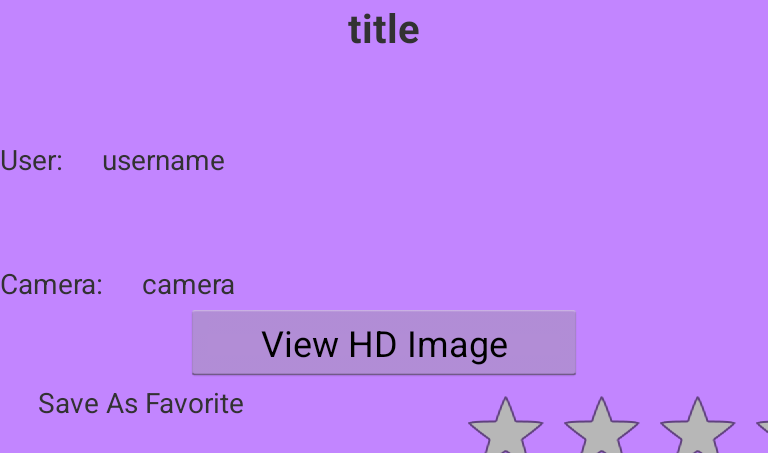
Repository: arianaantonio/Java2_Antonio
Layout: SpaceImageViewer/res/layout/details_activity.xml
The author's editor kept a copy of each file at every save. The layout is drawn from the files as they stood at one save, then again after the next save.
The pictures show rows 0 to 453 of an output 1280 px tall.
Pictures or frames that could not be fetched are drawn as grey boxes. It is drawn on a 768 x 1280 px phone screen (xhdpi) without system bars, with theme AppTheme; the app's code is not run.

Above is the layout before, as saved 2014-07-31 05:51:03.

### SpaceImageViewer/res/layout/details_activity.xml
<?xml version="1.0" encoding="utf-8"?>
<LinearLayout xmlns:android="http://schemas.android.com/apk/res/android"
    android:layout_width="match_parent"
    android:layout_height="match_parent"
    android:background="@color/Purple"
    android:orientation="vertical" >

    <TextView
        android:id="@+id/title"
        android:layout_width="fill_parent"
        android:layout_height="wrap_content"
        android:gravity="center"
        android:text="title"
        android:textSize="20sp"
        android:textStyle="bold" />

    <LinearLayout
        android:layout_width="287dp"
        android:layout_height="wrap_content"
        android:layout_marginTop="43dp"
        android:orientation="horizontal" >

        <TextView
            android:id="@+id/user"
            android:layout_width="wrap_content"
            android:layout_height="wrap_content"
            android:layout_weight="0.88"
            android:text="@string/userString" />

        <TextView
            android:id="@+id/userName"
            android:layout_width="wrap_content"
            android:layout_height="wrap_content"
            android:layout_weight="7.80"
            android:text="username" />
    </LinearLayout>

    <LinearLayout
        android:id="@+id/linearLayout2"
        android:layout_width="287dp"
        android:layout_height="wrap_content"
        android:layout_marginTop="43dp"
        android:orientation="horizontal" >

        <TextView
            android:id="@+id/camera"
            android:layout_width="wrap_content"
            android:layout_height="wrap_content"
            android:layout_weight="0.88"
            android:text="@string/cameraString" />

        <TextView
            android:id="@+id/cameraType"
            android:layout_width="wrap_content"
            android:layout_height="wrap_content"
            android:layout_weight="7.80"
            android:text="camera" />
    </LinearLayout>

    <Button
        android:id="@+id/button1"
        android:layout_width="wrap_content"
        android:layout_height="wrap_content"
        android:layout_gravity="center"
        android:layout_weight="0.00"
        android:minHeight="35dp"
        android:text="@string/HDbutton"
        android:width="200dp" />

    <LinearLayout
        android:id="@+id/linearLayout3"
        android:layout_width="match_parent"
        android:layout_height="wrap_content"
        android:layout_weight="0.00"
        android:orientation="horizontal" >

        <TextView
            android:id="@+id/textView1"
            android:layout_width="wrap_content"
            android:layout_height="wrap_content"
            android:layout_marginLeft="19dp"
            android:layout_weight="1.0"
            android:text="@string/favorite" />

        <RatingBar
            android:id="@+id/ratingBar"
            android:layout_width="wrap_content"
            android:layout_height="wrap_content"
            android:layout_weight="1.0"
            android:numStars="1"
            android:rating="0.0"
            android:stepSize="1.0" />
    </LinearLayout>

    <com.loopj.android.image.SmartImageView
        android:id="@+id/my_image"
        android:layout_width="match_parent"
        android:layout_height="match_parent"
        android:visibility="visible" />

</LinearLayout>

### SpaceImageViewer/res/values/strings.xml
<?xml version="1.0" encoding="utf-8"?>
<resources>

    <string name="app_name">Space Image Viewer</string>
    <string name="action_settings">Settings</string>
    <string name="textview_text">List of images of spiral galaxies</string>
    <string name="detail_view">Details:</string>
    <string name="Description">Image View</string>
    <color name="Purple">#C285FF</color>
    <color name="Grey">#D8D8D8</color>
    <color name="Aqua">#99FFFF</color>
    <string name="userString">User:</string>
    <string name="cameraString">Camera:</string>
    <string name="HDbutton">View HD Image</string>
    <string name="detailactivity">Details Activity</string>
    <string name="favorite">Save As Favorite</string>
    <string name="preferences">Preferences</string>
    <string name="search">Search</string>
    <string name="favorites">Favorites:</string>
    <string name="search_hint">Search for title or username</string>
    <string-array name="background_colors">
        <item>Blue</item>
        <item>Green</item>
        <item>Purple</item>
        <item>Pink</item>
        <item>Brown</item>
    </string-array>
    <color name="Blue">#0E15E3</color>
    <color name="Green">#30A307</color>
    <color name="Pink">#E30EB1</color>
    <color name="Brown">#75350B</color>
    <string name="favoritesactivity">Favorites Activity</string>
    <string name="textview_hint">Enter a new list title</string>


</resources>

Loaded but not shown: SpaceImageViewer/res/values/styles.xml (common file); SpaceImageViewer/res/values-v11/styles.xml (common file); SpaceImageViewer/res/values-v14/styles.xml (common file)

After the next save:
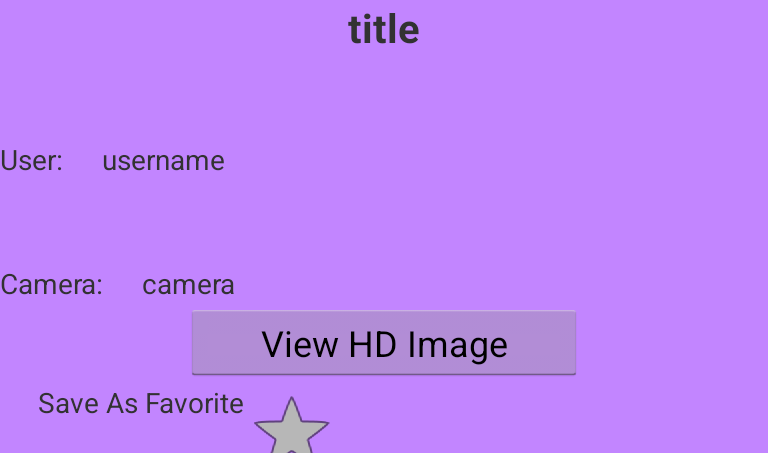
Saved 2 min 35 s later.
--- a/SpaceImageViewer/res/layout/details_activity.xml
+++ b/SpaceImageViewer/res/layout/details_activity.xml
@@ -79,17 +79,17 @@
             android:layout_width="wrap_content"
             android:layout_height="wrap_content"
             android:layout_marginLeft="19dp"
-            android:layout_weight="1.0"
             android:text="@string/favorite" />
 
         <RatingBar
             android:id="@+id/ratingBar"
             android:layout_width="wrap_content"
-            android:layout_height="wrap_content"
-            android:layout_weight="1.0"
+            android:layout_height="35dp"
+            android:layout_gravity="center"
             android:numStars="1"
             android:rating="0.0"
             android:stepSize="1.0" />
+
     </LinearLayout>
 
     <com.loopj.android.image.SmartImageView
